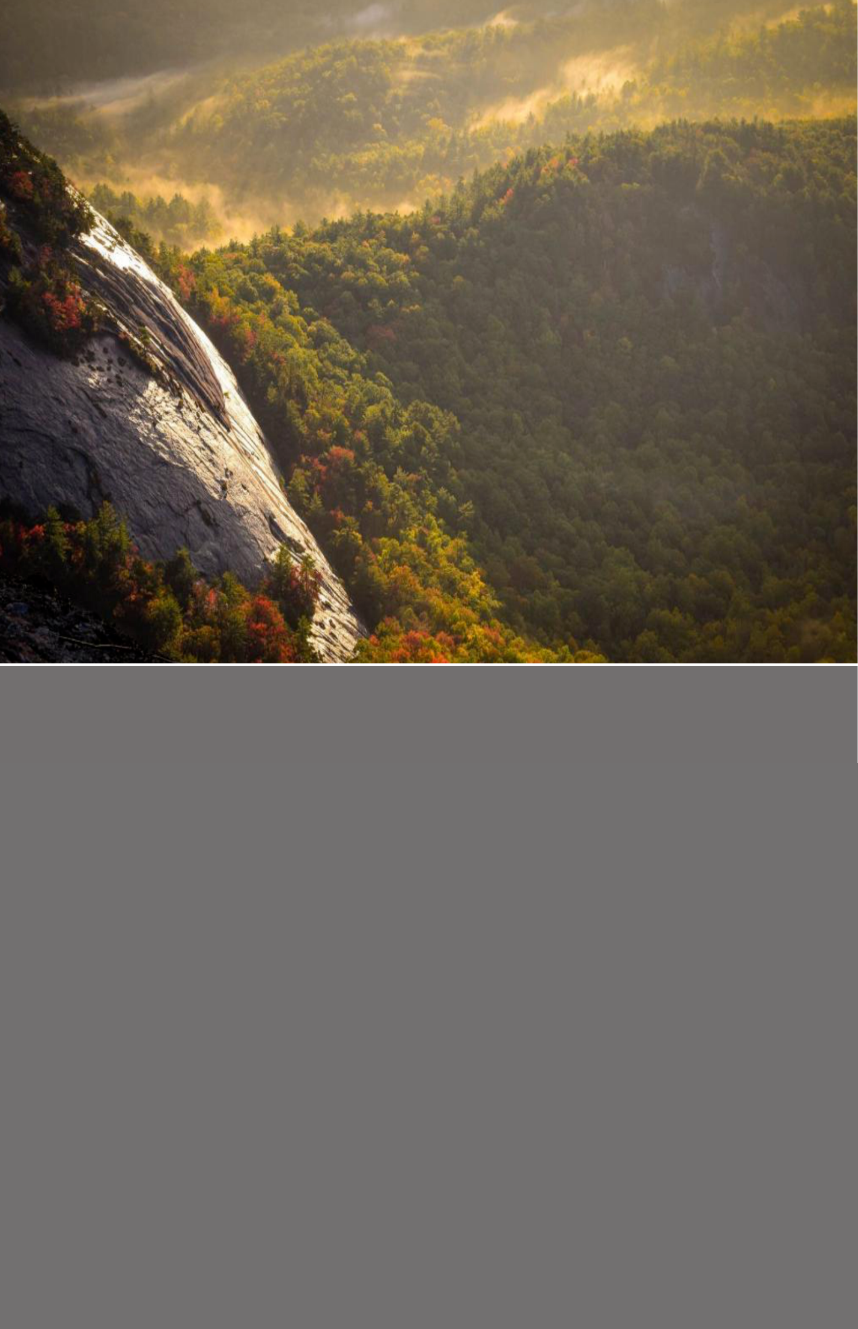
Repository: sogeisetsu/suy-ife
Page: 009-011/index.html
The author's editor kept a copy of each file at every save. The page is drawn from the files as they stood at one save, then again after the next save.
The browser window is 1280 px wide. The pictures show the whole page, at 67% of full size.

Above is the page before, as saved 2019-10-10 19:26:40.

### 009-011/index.html
<!DOCTYPE html>
<html>
    <head>
        <meta name="charset" content="utf-8">
        <meta http-equiv="refresh" content="30">
        <link rel="stylesheet" href="index.css" type="text/css">
    </head>
    <body>
        <div id=head>
            <div class=headback>
                <img src="sucai/head-back.png" alt="头部背景" class="head-image">
                <div class="headbackcolor"></div>
            </div>
        </div>
    </body>
</html>

### 009-011/index.css
html,body{
    margin: 0;
    height: 100%;
    width: 100%;
}
#head{
    width: 100%;
    height: 990px;
}
.headback{
    /* position: absolute; */
    width: 100%;
    height: 100%;
    /* z-index: -1; */
}
.headbackcolor{
    position: relative;
    width: 100%;
    height: 100%;
    background-color: #130f0f98;
}
.head-image{
    width: 100%;
    height: 100%;
}
/* #headbackimage{
    width: 100%;
    height: 100%;
} */

After the next save:
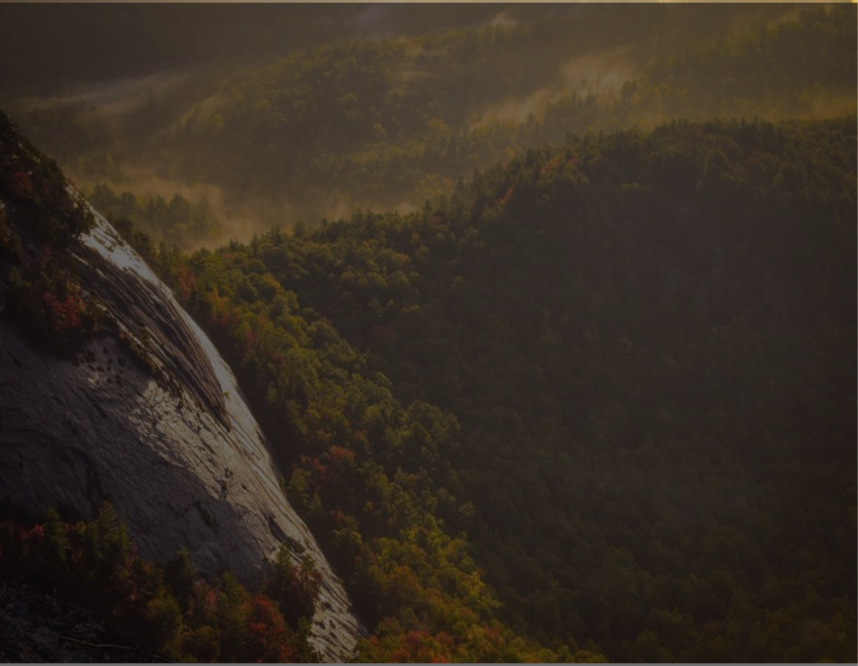
Saved 24 s later.
--- a/009-011/index.css
+++ b/009-011/index.css
@@ -18,6 +18,7 @@
     width: 100%;
     height: 100%;
     background-color: #130f0f98;
+    bottom: 990px;
 }
 .head-image{
     width: 100%;

After the 2 saves that followed:
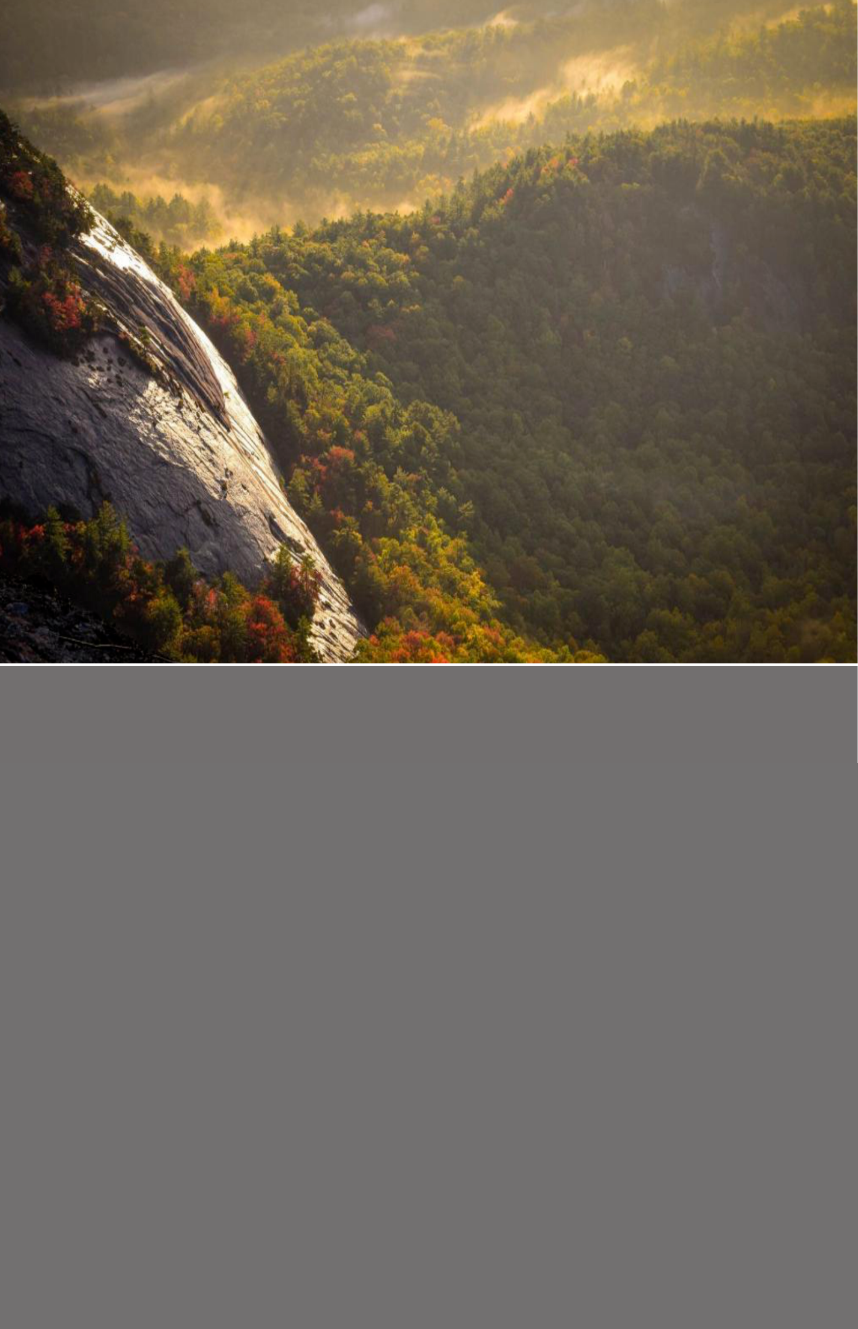
The 2 saves are shown as one change because 1 left the picture as it was.
The last was saved 80 s later.
--- a/009-011/index.css
+++ b/009-011/index.css
@@ -15,10 +15,11 @@
 }
 .headbackcolor{
     position: relative;
+    margin: 0;
     width: 100%;
     height: 100%;
     background-color: #130f0f98;
-    bottom: 990px;
+    /* bottom: 990px; */
 }
 .head-image{
     width: 100%;
